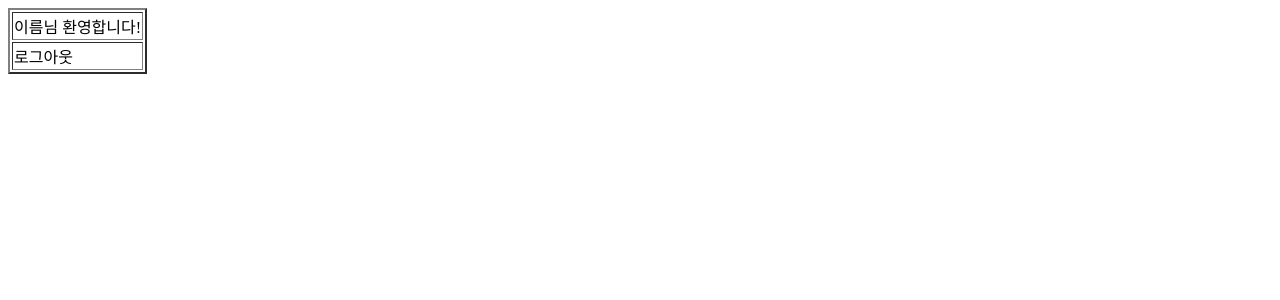
Repository: Jipumpkin/WebServer
Page: http://localhost/JSP2/main.jsp
An editor plug-in stored every save of this project. The page is shown before and after the next save, followed by the edit.
The browser window is 1280 px wide. The pictures show the whole page.
The page is served by Tomcat 9. Other server files are loaded and not shown.

Above is the page before, as saved 2024-08-07 03:13:54.

### JSP2/src/main/webapp/main.jsp
<%@ page language="java" contentType="text/html; charset=EUC-KR"
    pageEncoding="EUC-KR"%>
<!DOCTYPE html>
<html>
<head>
<meta charset="EUC-KR">
<title>Insert title here</title>
</head>
<body>

	<table border="2">
		<tr>
			<td><%="이름" %>님 환영합니다!</td>
		</tr>
		<tr>
			<td>로그아웃</td>
		</tr>

	</table>

</body>
</html>

After the next save:
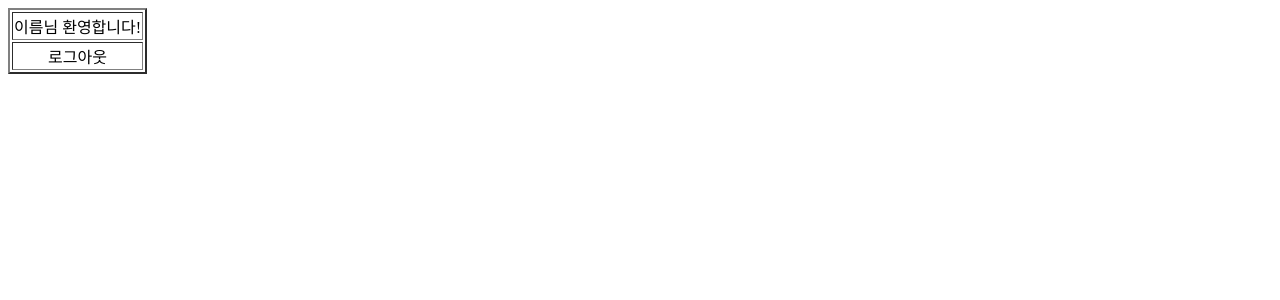
Saved 53 s later.
--- a/JSP2/src/main/webapp/main.jsp
+++ b/JSP2/src/main/webapp/main.jsp
@@ -5,6 +5,13 @@
 <head>
 <meta charset="EUC-KR">
 <title>Insert title here</title>
+
+<style>
+	.LG {
+		text-align: center;
+	}
+</style>
+
 </head>
 <body>
 
@@ -13,7 +20,7 @@
 			<td><%="이름" %>님 환영합니다!</td>
 		</tr>
 		<tr>
-			<td>로그아웃</td>
+			<td class = "LG">로그아웃</td>
 		</tr>
 
 	</table>
